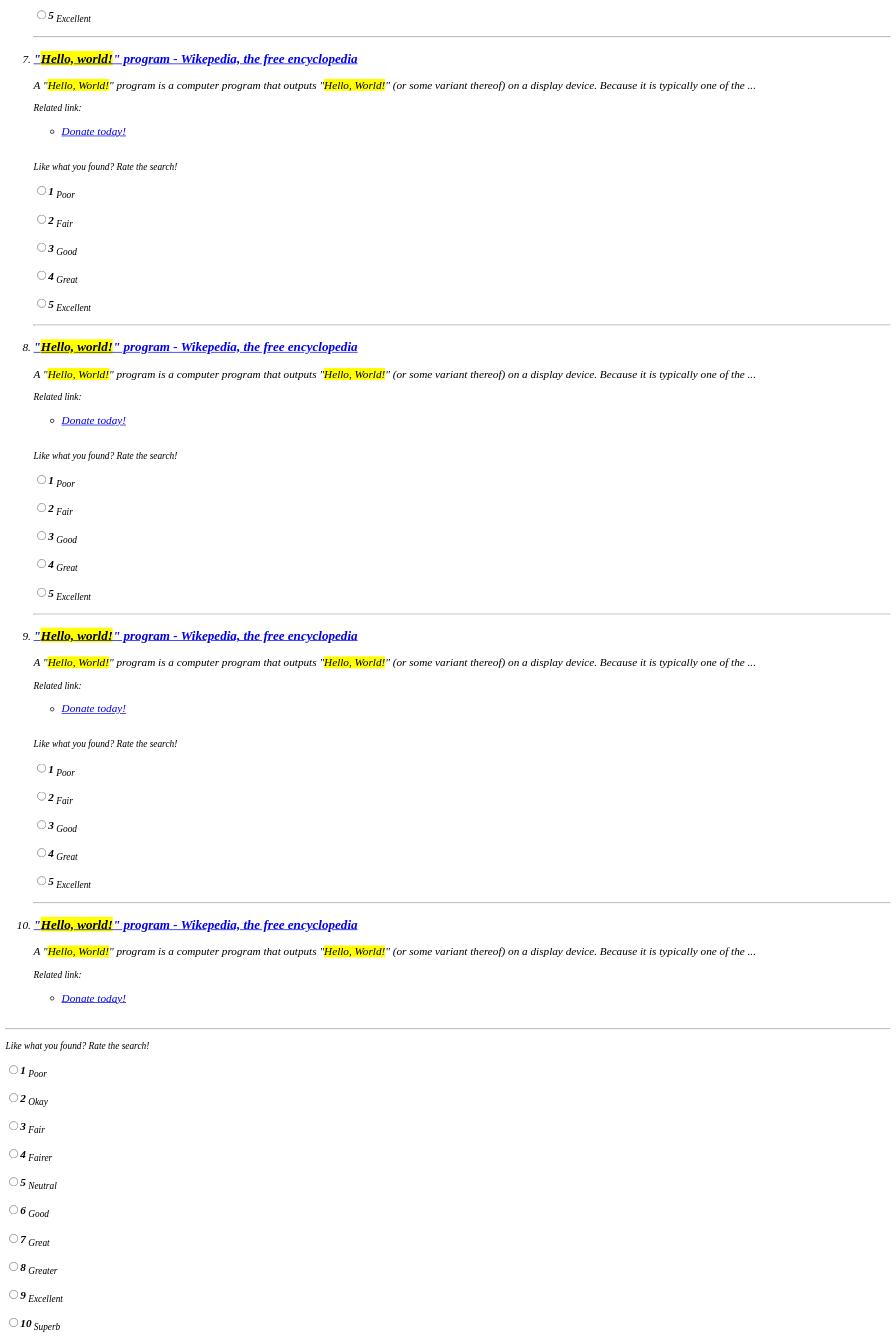
Repository: simonekurtz/simonekurtz.github.io
Page: 1ASGN_HelloWorld/HelloWorld.html
The author's editor kept a record of every edit. The page is drawn from the files as they stood at one moment, then again after the next edit.
The browser window is 1280 px wide. The pictures show the part of the page from y = 2824 to 4744 px (the page is 4744 px tall before and 4503 px after), at 70% of full size.

Above is the page before.

### 1ASGN_HelloWorld/HelloWorld.html
<html>
    <head>
       <title>Hello, world!</title>
    </head>
    <body>
        <p><strong>Sign in</strong> or <a href="1ASGN_HelloWorld/RelativeLink.html"><strong>Sign up!</strong></a></p>
        <p><input type= "text" placeholder="screenname"></p>
        <p><input type= "text" placeholder="password"></p>
            <a href="1ASGN_HelloWorld/RelativeLink.html"><small>I forgot my password</small></a></p>
        <p><small>Sign in as a guest</small> <input type="checkbox" name="Guest"></p>

        <br>

        <h1>SearchingLikeIts1999.com</h1>
            <p><input type= "text" placeholder="search"></p>

        <br>

        <h2>Search results for "<mark>Hello, world!</mark>"</h2>

        <hr>

<!--Beginning of the list-->
        <ol>
<!--1st-->
          <li>
              <h3><a href="http://en.wikipedia.org/wiki/%22Hello,_world!%22_program">"<em><mark>Hello, world!</mark>" program</em> - Wikepedia, the free encyclopedia</a></h3>
              <p><em>A "<mark>Hello, World!</mark>" program is a computer program that outputs "<mark>Hello, World!</mark>" (or some variant thereof) on a display device. Because it is typically one of the ...</em></p>
              <p><em><small>Related link:</small></em></p>
              <ul>
                  <li><a href="https://donate.wikimedia.org/w/index.php?title=Special:FundraiserLandingPage&country=US&uselang=en&utm_medium=sidebar&utm_source=donate&utm_campaign=C13_wikimediafoundation.org">Donate today!</a></li>
              </ul>

              <br>

              <p><small>Like what you found? Rate the search!</small></p>
              <p><input type= "radio"><strong>1</strong><sub> Poor</sub></p>
              <p><input type= "radio"><strong>2</strong><sub> Fair</sub></p>
              <p><input type= "radio"><strong>3</strong><sub> Good</sub></p>
              <p><input type= "radio"><strong>4</strong><sub> Great</sub></p>
              <p><input type= "radio"><strong>5</strong><sub> Excellent</sub></p>
          </li>

          <hr>
<!--2nd-->
          <li>
              <h3><a href="https://guides.github.com/activities/hello-world/"><em><mark>Hello</mark>, <mark>world</mark></em> - GitHub Guides</a></h3>
              <p><em>The <mark>Hello</mark> <mark>World</mark> project is a time-honored tradition in computer programming. It is a simple exercise that gets you started when learning something new. Let's get ...</em></p>
              <p><em><small>Related link:</small></em></p>
              <ul>
                  <li><a href="https://guides.github.com/activities/hello-world/#repository">Creating a repository</a></li>
              </ul>

              <br>

              <p><small>Like what you found? Rate the search!</small></p>
              <p><input type= "radio"><strong>1</strong><sub> Poor</sub></p>
              <p><input type= "radio"><strong>2</strong><sub> Fair</sub></p>
              <p><input type= "radio"><strong>3</strong><sub> Good</sub></p>
              <p><input type= "radio"><strong>4</strong><sub> Great</sub></p>
              <p><input type= "radio"><strong>5</strong><sub> Excellent</sub></p>
          </li>

          <hr>
<!--3rd-->
          <li>
              <h3><a href="1ASGN_HelloWorld/RelativeLink.html">"<em><mark>Hello, world!</mark>", hit toy </em>Furby<em>'s first words</em> - Hit Toys Today</a></h3>
              <p><em>Loved by all, the hit sensation toy</em> Furby <em> announces its arrival by gleefully chirping,"<mark>Hello, World!</mark>"</p>
              <p><em><small>Related link:</small></em></p>
              <ul>
                  <li><a href="http://furbystories.tumblr.com/">Furby Stories!</a></li>
              </ul>

              <br>

              <p><small>Like what you found? Rate the search!</small></p>
              <p><input type= "radio"><strong>1</strong><sub> Poor</sub></p>
              <p><input type= "radio"><strong>2</strong><sub> Fair</sub></p>
              <p><input type= "radio"><strong>3</strong><sub> Good</sub></p>
              <p><input type= "radio"><strong>4</strong><sub> Great</sub></p>
              <p><input type= "radio"><strong>5</strong><sub> Excellent</sub></p>
          </li>

          <hr>
<!--4th-->
          <li>
              <h3><a href="1ASGN_HelloWorld/RelativeLink.html"><em>Breaking: Transcripts from Area 51:"<mark>Hello, world!</mark>"</em> - NASA </a></h3>
              <p>This page is no longer available.</p>
              <p><em><small>Related link:</small></em></p>
              <ul>
                  <li><a href="http://www.nasa.gov/">NASA</a></li>
              </ul>

              <br>

              <p><small>Like what you found? Rate the search!</small></p>
              <p><input type= "radio"><strong>1</strong><sub> Poor</sub></p>
              <p><input type= "radio"><strong>2</strong><sub> Fair</sub></p>
              <p><input type= "radio"><strong>3</strong><sub> Good</sub></p>
              <p><input type= "radio"><strong>4</strong><sub> Great</sub></p>
              <p><input type= "radio"><strong>5</strong><sub> Excellent</sub></p>
          </li>

          <hr>
<!--5th-->
          <li>
              <h3><a href="http://en.wikipedia.org/wiki/%22Hello,_world!%22_program">"<em><mark>Hello, world!</mark>" program</em> - Wikepedia, the free encyclopedia</a></h3>
              <p><em>A "<mark>Hello, World!</mark>" program is a computer program that outputs "<mark>Hello, World!</mark>" (or some variant thereof) on a display device. Because it is typically one of the ...</em></p>
              <p><em><small>Related link:</small></em></p>
              <ul>
                  <li><a href="https://donate.wikimedia.org/w/index.php?title=Special:FundraiserLandingPage&country=US&uselang=en&utm_medium=sidebar&utm_source=donate&utm_campaign=C13_wikimediafoundation.org">Donate today!</a></li>
              </ul>

              <br>

              <p><small>Like what you found? Rate the search!</small></p>
              <p><input type= "radio"><strong>1</strong><sub> Poor</sub></p>
              <p><input type= "radio"><strong>2</strong><sub> Fair</sub></p>
              <p><input type= "radio"><strong>3</strong><sub> Good</sub></p>
              <p><input type= "radio"><strong>4</strong><sub> Great</sub></p>
              <p>input type= "radio"><strong>5</strong><sub> Excellent</sub></p>
          </li>

          <hr>
<!--6th-->
          <li>
              <h3><a href="http://en.wikipedia.org/wiki/%22Hello,_world!%22_program">"<em><mark>Hello, world!</mark>" program</em> - Wikepedia, the free encyclopedia</a></h3>
              <p><em>A "<mark>Hello, World!</mark>" program is a computer program that outputs "<mark>Hello, World!</mark>" (or some variant thereof) on a display device. Because it is typically one of the ...</em></p>
              <p><em><small>Related link:</small></em></p>
              <ul>
                  <li><a href="https://donate.wikimedia.org/w/index.php?title=Special:FundraiserLandingPage&country=US&uselang=en&utm_medium=sidebar&utm_source=donate&utm_campaign=C13_wikimediafoundation.org">Donate today!</a></li>
              </ul>

              <br>

              <p><small>Like what you found? Rate the search!</small></p>
              <p><input type= "radio"><strong>1</strong><sub> Poor</sub></p>
              <p><input type= "radio"><strong>2</strong><sub> Fair</sub></p>
              <p><input type= "radio"><strong>3</strong><sub> Good</sub></p>
              <p><input type= "radio"><strong>4</strong><sub> Great</sub></p>
              <p><input type= "radio"><strong>5</strong><sub> Excellent</sub></p>
          </li>

          <hr>
<!--7th-->
          <li>
              <h3><a href="http://en.wikipedia.org/wiki/%22Hello,_world!%22_program">"<em><mark>Hello, world!</mark>" program</em> - Wikepedia, the free encyclopedia</a></h3>
              <p><em>A "<mark>Hello, World!</mark>" program is a computer program that outputs "<mark>Hello, World!</mark>" (or some variant thereof) on a display device. Because it is typically one of the ...</em></p>
              <p><em><small>Related link:</small></em></p>
              <ul>
                  <li><a href="https://donate.wikimedia.org/w/index.php?title=Special:FundraiserLandingPage&country=US&uselang=en&utm_medium=sidebar&utm_source=donate&utm_campaign=C13_wikimediafoundation.org">Donate today!</a></li>
              </ul>

              <br>

              <p><small>Like what you found? Rate the search!</small></p>
              <p><input type= "radio"><strong>1</strong><sub> Poor</sub></p>
              <p><input type= "radio"><strong>2</strong><sub> Fair</sub></p>
              <p><input type= "radio"><strong>3</strong><sub> Good</sub></p>
              <p><input type= "radio"><strong>4</strong><sub> Great</sub></p>
              <p><input type= "radio"><strong>5</strong><sub> Excellent</sub></p>
          </li>

          <hr>
<!--8th-->
          <li>
              <h3><a href="http://en.wikipedia.org/wiki/%22Hello,_world!%22_program">"<em><mark>Hello, world!</mark>" program</em> - Wikepedia, the free encyclopedia</a></h3>
              <p><em>A "<mark>Hello, World!</mark>" program is a computer program that outputs "<mark>Hello, World!</mark>" (or some variant thereof) on a display device. Because it is typically one of the ...</em></p>
              <p><em><small>Related link:</small></em></p>
              <ul>
                  <li><a href="https://donate.wikimedia.org/w/index.php?title=Special:FundraiserLandingPage&country=US&uselang=en&utm_medium=sidebar&utm_source=donate&utm_campaign=C13_wikimediafoundation.org">Donate today!</a></li>
              </ul>

              <br>

              <p><small>Like what you found? Rate the search!</small></p>
              <p><input type= "radio"><strong>1</strong><sub> Poor</sub></p>
              <p><input type= "radio"><strong>2</strong><sub> Fair</sub></p>
              <p><input type= "radio"><strong>3</strong><sub> Good</sub></p>
              <p><input type= "radio"><strong>4</strong><sub> Great</sub></p>
              <p><input type= "radio"><strong>5</strong><sub> Excellent</sub></p>
          </li>

          <hr>
<!--9th-->
          <li>
              <h3><a href="http://en.wikipedia.org/wiki/%22Hello,_world!%22_program">"<em><mark>Hello, world!</mark>" program</em> - Wikepedia, the free encyclopedia</a></h3>
              <p><em>A "<mark>Hello, World!</mark>" program is a computer program that outputs "<mark>Hello, World!</mark>" (or some variant thereof) on a display device. Because it is typically one of the ...</em></p>
              <p><em><small>Related link:</small></em></p>
              <ul>
                  <li><a href="https://donate.wikimedia.org/w/index.php?title=Special:FundraiserLandingPage&country=US&uselang=en&utm_medium=sidebar&utm_source=donate&utm_campaign=C13_wikimediafoundation.org">Donate today!</a></li>
              </ul>

              <br>

              <p><small>Like what you found? Rate the search!</small></p>
              <p><input type= "radio"><strong>1</strong><sub> Poor</sub></p>
              <p><input type= "radio"><strong>2</strong><sub> Fair</sub></p>
              <p><input type= "radio"><strong>3</strong><sub> Good</sub></p>
              <p><input type= "radio"><strong>4</strong><sub> Great</sub></p>
              <p><input type= "radio"><strong>5</strong><sub> Excellent</sub></p>
          </li>

          <hr>
<!--10th-->
          <li>
              <h3><a href="http://en.wikipedia.org/wiki/%22Hello,_world!%22_program">"<em><mark>Hello, world!</mark>" program</em> - Wikepedia, the free encyclopedia</a></h3>
              <p><em>A "<mark>Hello, World!</mark>" program is a computer program that outputs "<mark>Hello, World!</mark>" (or some variant thereof) on a display device. Because it is typically one of the ...</em></p>
              <p><em><small>Related link:</small></em></p>
              <ul>
                  <li><a href="https://donate.wikimedia.org/w/index.php?title=Special:FundraiserLandingPage&country=US&uselang=en&utm_medium=sidebar&utm_source=donate&utm_campaign=C13_wikimediafoundation.org">Donate today!</a></li>
              </ul>

              <br>

          </li>
        </ol>
<!--End of the list-->

          <hr>
              <p><small>Like what you found? Rate the search!</small></p>
              <p><input type= "radio"><strong>1</strong><sub> Poor</sub></p>
              <p><input type= "radio"><strong>2</strong><sub> Okay</sub></p>
              <p><input type= "radio"><strong>3</strong><sub> Fair</sub></p>
              <p><input type= "radio"><strong>4</strong><sub> Fairer</sub></p>
              <p><input type= "radio"><strong>5</strong><sub> Neutral</sub></p>
              <p><input type= "radio"><strong>6</strong><sub> Good</sub></p>
              <p><input type= "radio"><strong>7</strong><sub> Great</sub></p>
              <p><input type= "radio"><strong>8</strong><sub> Greater</sub></p>
              <p><input type= "radio"><strong>9</strong><sub> Excellent</sub></p>
              <p><input type= "radio"><strong>10</strong><sub> Superb</sub></p>

    </body>
</html>

After the next edit:
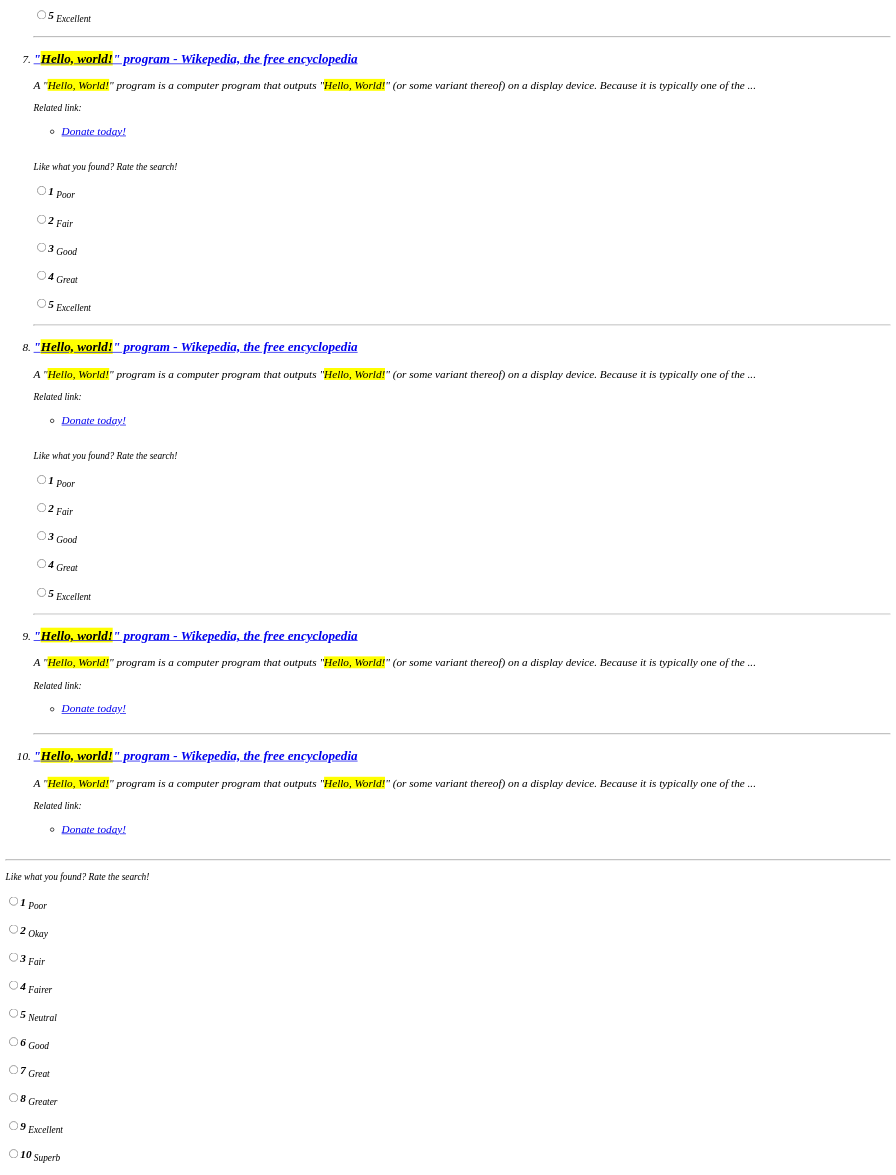
The edit:
--- a/1ASGN_HelloWorld/HelloWorld.html
+++ b/1ASGN_HelloWorld/HelloWorld.html
@@ -193,12 +193,6 @@
 
               <br>
 
-              <p><small>Like what you found? Rate the search!</small></p>
-              <p><input type= "radio"><strong>1</strong><sub> Poor</sub></p>
-              <p><input type= "radio"><strong>2</strong><sub> Fair</sub></p>
-              <p><input type= "radio"><strong>3</strong><sub> Good</sub></p>
-              <p><input type= "radio"><strong>4</strong><sub> Great</sub></p>
-              <p><input type= "radio"><strong>5</strong><sub> Excellent</sub></p>
           </li>
 
           <hr>
